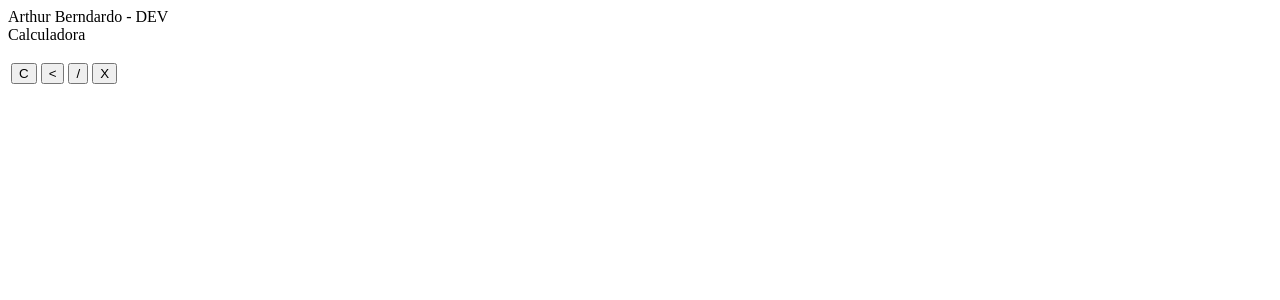
Repository: oThurDev/calculadora
Page: calculadora.html
An editor plug-in stored every save of this project. The page is shown before and after the next save, followed by the edit.
The browser window is 1280 px wide. The pictures show the whole page.

Above is the page before, as saved 2022-02-25 15:16:21.

After the next save:
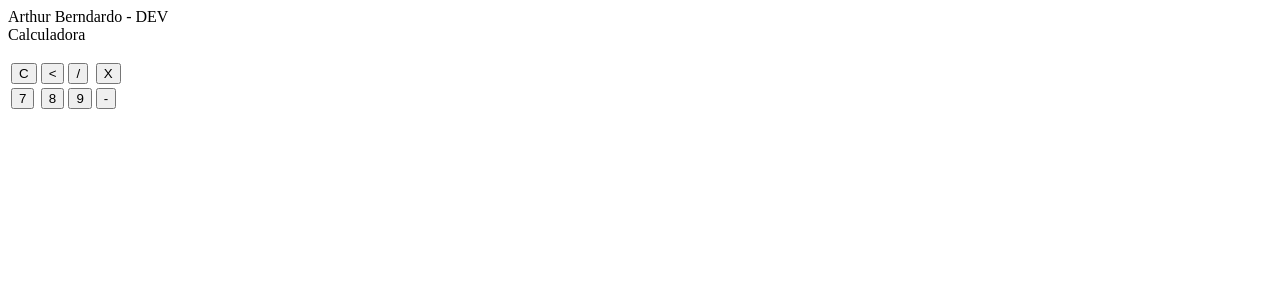
Saved 66 s later.
--- a/calculadora.html
+++ b/calculadora.html
@@ -18,6 +18,12 @@
                     <td><button>/</button></td>
                     <td><button>X</button></td>
                 </tr>
+                <tr>
+                    <td><button>7</button></td>
+                    <td><button>8</button></td>
+                    <td><button>9</button></td>
+                    <td><button>-</button></td>
+                </tr>
             </table>
         </div>
     </div>
